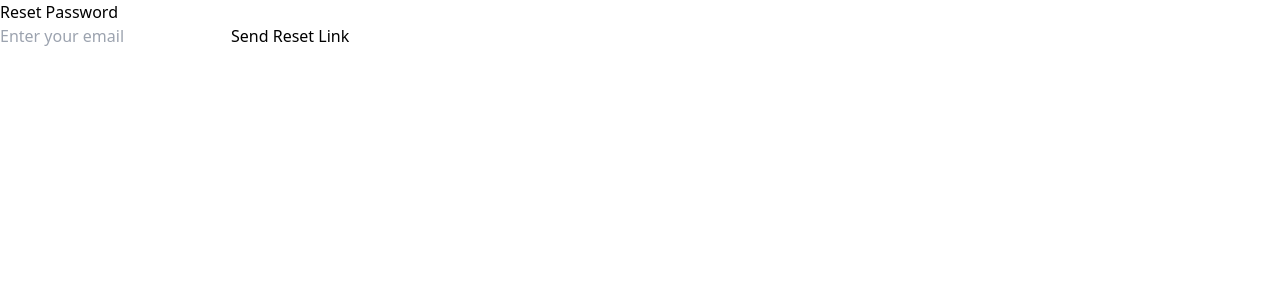
Repository: IssaMuiz/ifarmstock-admin
Page: /forgot-password
An editor plug-in stored every save of this project. The page is shown before and after the next save, followed by the edit.
The browser window is 1280 px wide. The pictures show the whole page.
The project was rebuilt for these pictures with package versions that can differ from the ones it lists, and the page was loaded fresh each time. The framework's server and built-in components were replaced by stand-ins that run in the browser. Also part of the build but not shown: next.config.mjs.

Above is the page before, as saved 2024-09-30 05:02:11.

After the next save:
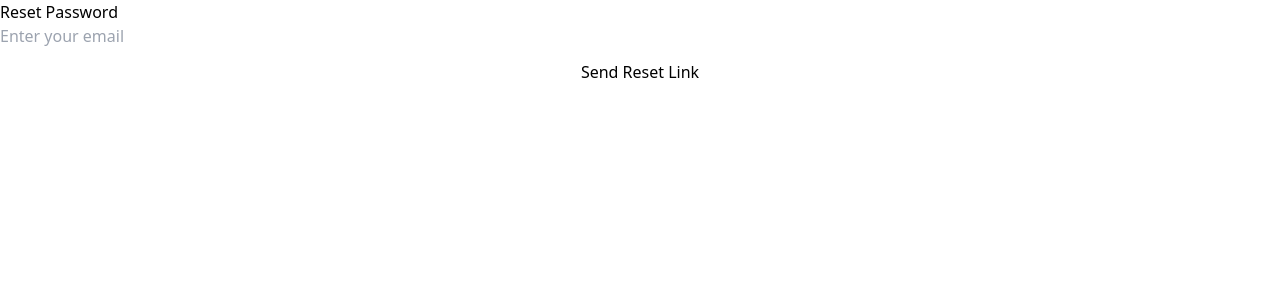
Saved 3 h 6 min later.
--- a/app/forgot-password/page.tsx
+++ b/app/forgot-password/page.tsx
@@ -29,7 +29,7 @@ const ForgotPassword = () => {
   return (
     <div>
       <h2>Reset Password</h2>
-      <form action="" onSubmit={handleSubmit}>
+      <form className="flex flex-col gap-3" onSubmit={handleSubmit}>
         <input
           type="email"
           placeholder="Enter your email"
@@ -38,7 +38,6 @@ const ForgotPassword = () => {
           required
         />
         <button type="submit">
-          {" "}
           {loading ? "Sending...." : "Send Reset Link"}
         </button>
       </form>
